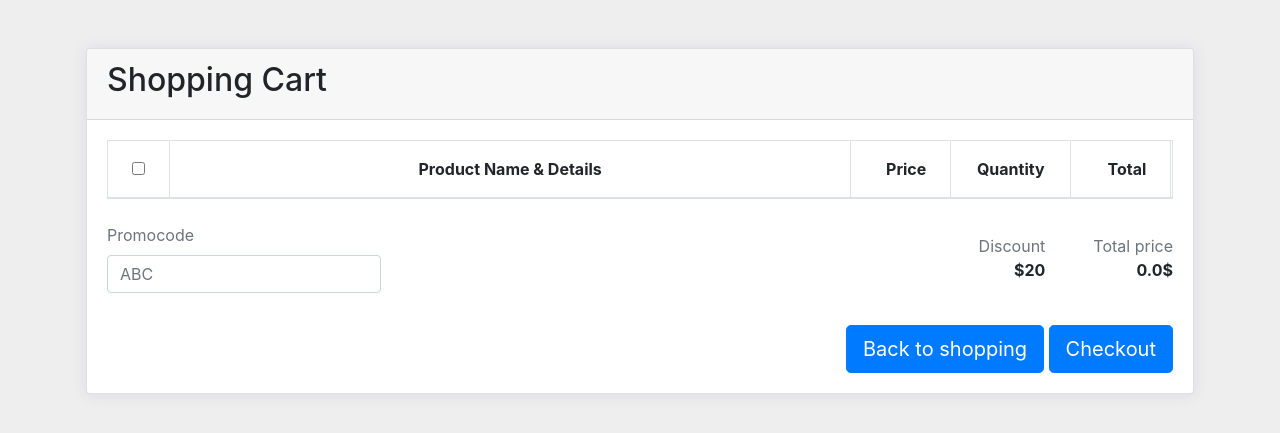
Repository: Szers222/MyProject
Page: http://localhost/MyProject/cart.jsp
The author's editor kept a copy of each file at every save. The page is drawn from the files as they stood at one save, then again after the next save.
The browser window is 1280 px wide. The pictures show the whole page.
Some web libraries are served in a nearby version. The page is served by Tomcat 10. Other server files are loaded and not shown. The template is opened directly, without the code that normally fills it, so the values that code supplies are empty.

Above is the page before, as saved 2023-12-13 11:19:52.

### MyProject/src/main/webapp/cart.jsp
<%@page import="java.util.ArrayList"%>
<%@page import="core.Watch"%>
<%@ page language="java" contentType="text/html; charset=UTF-8"
	pageEncoding="UTF-8"%>
<%@taglib prefix="c" uri="http://java.sun.com/jsp/jstl/core"%>
<!DOCTYPE html>
<html>
<head>
<title>Shopping Cart</title>
<meta charset="utf-8">
<meta name="viewport" content="width=device-width, initial-scale=1">
<link rel="stylesheet"
	href="https://maxcdn.bootstrapcdn.com/bootstrap/4.0.0/css/bootstrap.min.css">
<link href="https://fonts.googleapis.com/css?family=Montserrat"
	rel="stylesheet">

<style type="text/css">
.shopping-cart {
	padding-bottom: 50px;
	font-family: 'Montserrat', sans-serif;
}

.shopping-cart.dark {
	background-color: #f6f6f6;
}

.shopping-cart .content {
	box-shadow: 0px 2px 10px rgba(0, 0, 0, 0.075);
	background-color: white;
}

.shopping-cart .block-heading {
	padding-top: 50px;
	margin-bottom: 40px;
	text-align: center;
}

.shopping-cart .block-heading p {
	text-align: center;
	max-width: 420px;
	margin: auto;
	opacity: 0.7;
}

.shopping-cart .dark .block-heading p {
	opacity: 0.8;
}

.shopping-cart .block-heading h1, .shopping-cart .block-heading h2,
	.shopping-cart .block-heading h3 {
	margin-bottom: 1.2rem;
	color: #3b99e0;
}

.shopping-cart .items {
	margin: auto;
}

.shopping-cart .items .product {
	margin-bottom: 20px;
	padding-top: 20px;
	padding-bottom: 20px;
}

.shopping-cart .items .product .info {
	padding-top: 0px;
	text-align: center;
}

.shopping-cart .items .product .info .product-name {
	font-weight: 600;
}

.shopping-cart .items .product .info .product-name .product-info {
	font-size: 14px;
	margin-top: 15px;
}

.shopping-cart .items .product .info .product-name .product-info .value
	{
	font-weight: 400;
}

.shopping-cart .items .product .info .quantity .quantity-input {
	margin: auto;
	width: 80px;
}

.shopping-cart .items .product .info .price {
	margin-top: 15px;
	font-weight: bold;
	font-size: 22px;
}

.shopping-cart .summary {
	border-top: 2px solid #5ea4f3;
	background-color: #f7fbff;
	height: 100%;
	padding: 30px;
}

.shopping-cart .summary h3 {
	text-align: center;
	font-size: 1.3em;
	font-weight: 600;
	padding-top: 20px;
	padding-bottom: 20px;
}

.shopping-cart .summary .summary-item:not(:last-of-type) {
	padding-bottom: 10px;
	padding-top: 10px;
	border-bottom: 1px solid rgba(0, 0, 0, 0.1);
}

.shopping-cart .summary .text {
	font-size: 1em;
	font-weight: 600;
}

.shopping-cart .summary .price {
	font-size: 1em;
	float: right;
}

.shopping-cart .summary button {
	margin-top: 20px;
}

@media ( min-width : 768px) {
	.shopping-cart .items .product .info {
		padding-top: 25px;
		text-align: left;
	}
	.shopping-cart .items .product .info .price {
		font-weight: bold;
		font-size: 22px;
		top: 17px;
	}
	.shopping-cart .items .product .info .quantity {
		text-align: center;
	}
	.shopping-cart .items .product .info .quantity .quantity-input {
		padding: 4px 10px;
		text-align: center;
	}
}
</style>
<style type="text/css">
body {
	margin-top: 20px;
	background: #eee;
}

.ui-w-40 {
	width: 40px !important;
	height: auto;
}

.card {
	box-shadow: 0 1px 15px 1px rgba(52, 40, 104, .08);
}

.ui-product-color {
	display: inline-block;
	overflow: hidden;
	margin: .144em;
	width: .875rem;
	height: .875rem;
	border-radius: 10rem;
	-webkit-box-shadow: 0 0 0 1px rgba(0, 0, 0, 0.15) inset;
	box-shadow: 0 0 0 1px rgba(0, 0, 0, 0.15) inset;
	vertical-align: middle;
}
</style>
</head>

<body>

	<div class="container px-3 my-5 clearfix">
		<!-- Shopping cart table -->
		<div class="card">
			<div class="card-header">
				<h2>Shopping Cart</h2>
			</div>
			<div class="card-body">
				<div class="table-responsive">
					<table class="table table-bordered m-0">
						<thead>
							<tr>
								<!-- Add a new column for the checkbox -->
								<th class="text-center py-3 px-4" style="width: 40px;"><input
									type="checkbox" id="selectAll" onclick="selectAllItems()">
								</th>
								<th class="text-center py-3 px-4" style="min-width: 400px;">Product
									Name &amp; Details</th>
								<th class="text-right py-3 px-4" style="width: 100px;">Price</th>
								<th class="text-center py-3 px-4" style="width: 120px;">Quantity</th>
								<th class="text-right py-3 px-4" style="width: 100px;">Total</th>
								<th class="text-center align-middle py-3 px-0"><a href="#"
									class="shop-tooltip float-none text-light" title=""
									data-original-title="Clear cart"> <i
										class="ino ion-md-trash"></i>
								</a></th>
							</tr>
						</thead>
						<tbody>
							<!-- Sử dụng forEach để lặp qua danh sách sản phẩm từ Servlet -->
							<% ArrayList<Watch> watchList = (ArrayList<Watch>) session.getAttribute("watchList"); %>
							<% Double gettotalAll = (Double) session.getAttribute("getTotalAll");
        double totalAll = (gettotalAll != null) ? gettotalAll : 0;
    %>

							<c:forEach items="${watchList}" var="item">
								<tr>
									<!-- Add a checkbox for each item -->
									<td class="text-center py-3 px-4"><input type="checkbox"
										name="selectedItems" value="${item.watchId}"></td>
									<td class="p-4">
										<div class="media align-items-center">
											<img src="images/${item.watchImage}"
												class="d-block ui-w-40 ui-bordered mr-4" alt="">
											<div class="media-body">
												<a href="#" class="d-block text-dark">${item.watchName}</a>
												<small> <span class="text-muted">Color:</span> <span
													class="ui-product-color ui-product-color-sm align-text-bottom"
													style="background:;"></span> &nbsp; <span
													class="text-muted">Size: </span> &nbsp; <span
													class="text-muted">Ships from: </span>
												</small>
											</div>
										</div>
									</td>
									<td class="text-right font-weight-semibold align-middle p-4">${item.watchPrice}
									</td>
									<td class="align-middle p-4"><input type="number"
										class="form-control text-center" value="${item.getQuantity()}"
										onchange="updateQuantity(${item.watchId}, this.value)">
									</td>
									<td class="text-right font-weight-semibold align-middle p-4"
										id="totalValue">${item.getTotal()}</td>
									<td class="text-center align-middle px-0"><a
										href="CartServlet?action=remove&id=${item.watchId}&total=<%= totalAll %>"
										class="shop-tooltip close float-none text-danger" title=""
										data-original-title="Remove">×</a></td>
								</tr>
							</c:forEach>
						</tbody>
					</table>
				</div>
				<!-- / Shopping cart table -->

				<div
					class="d-flex flex-wrap justify-content-between align-items-center pb-4">
					<div class="mt-4">
						<label class="text-muted font-weight-normal">Promocode</label> <input
							type="text" placeholder="ABC" class="form-control">
					</div>
					<div class="d-flex">
						<div class="text-right mt-4 mr-5">
							<label class="text-muted font-weight-normal m-0">Discount</label>
							<div class="text-large">
								<strong>$20</strong>
							</div>
						</div>
						<div class="text-right mt-4">
							<label class="text-muted font-weight-normal m-0">Total
								price</label>
							<div class="text-large" id="totalPrice">
								<strong><%= totalAll %>$</strong>
							</div>
						</div>
					</div>
				</div>

				<div class="float-right">
					<a href="index.jsp" class="btn btn-lg btn-primary mt-2">Back to
						shopping</a>
					<button class="btn btn-lg btn-primary mt-2"
						>Checkout</button>
				</div>

			</div>
		</div>
	</div>

	<script src="https://code.jquery.com/jquery-3.2.1.min.js"></script>


</body>
</html>

After the next save:
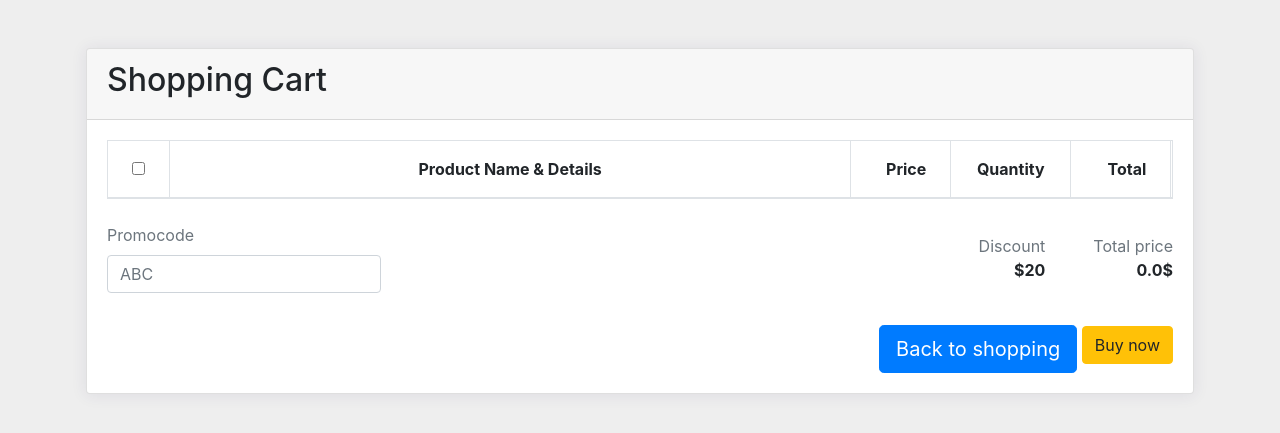
Saved 115 s later.
--- a/MyProject/src/main/webapp/cart.jsp
+++ b/MyProject/src/main/webapp/cart.jsp
@@ -276,8 +276,7 @@ body {
 				<div class="float-right">
 					<a href="index.jsp" class="btn btn-lg btn-primary mt-2">Back to
 						shopping</a>
-					<button class="btn btn-lg btn-primary mt-2"
-						>Checkout</button>
+					<a href="#" class="btn btn-warning shadow-0"> Buy now </a>
 				</div>
 
 			</div>
